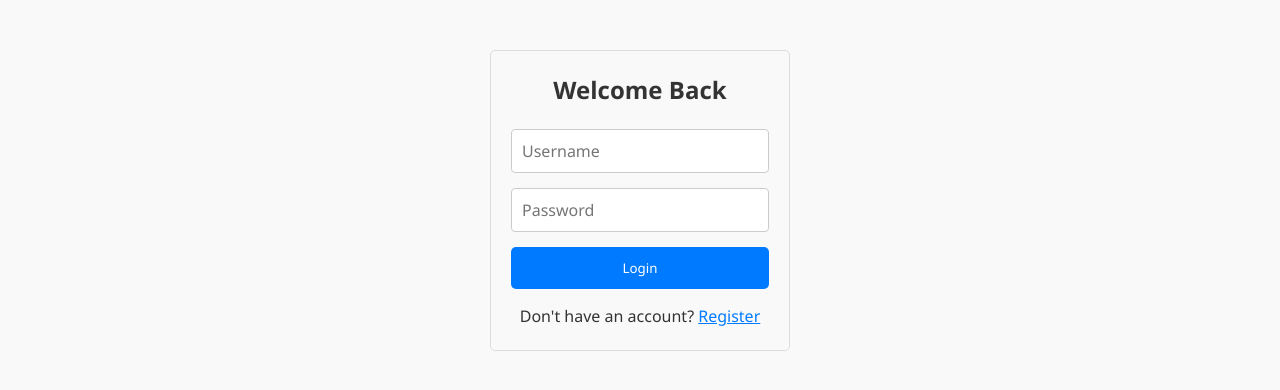
Repository: Ndegwa2/sacco
Page: http://localhost/login
An editor plug-in stored every save of this project. The page is shown before and after the next save, followed by the edit.
The browser window is 1280 px wide. The pictures show the whole page.
The page is served by the project's application, run on Flask 3 (run.py). Other server files are loaded and not shown.

Above is the page before, as saved 2025-06-10 22:54:10.

### Client/login.html
<!DOCTYPE html>
<html lang="en">
<head>
  <meta charset="UTF-8" />
  <meta name="viewport" content="width=device-width, initial-scale=1.0"/>
  <title>SACCO Members - NaiSmart Admin</title>
  <link rel="stylesheet" href="/styles.css">
</head>
<body>

  <div class="auth-container">
      <h2>Welcome Back</h2>
      <form method="POST" action="/login">
        <input type="text" name="username" placeholder="Username" required>
        <input type="password" name="password" placeholder="Password" required>
        <button type="submit">Login</button>
      </form>
      <p>Don't have an account? <a href="register.html">Register</a></p>
    </div>
</body>
</html>

### run.py
import sys
import os
sys.path.insert(0, os.path.abspath(os.path.join(os.path.dirname(__file__), 'server')))

sys.path.append(os.path.abspath(os.path.dirname(__file__)))

from flask import Flask, request, redirect, render_template, flash, url_for, send_from_directory
from flask_login import current_user
from flask_login import LoginManager, login_user, logout_user, login_required
from server.models.user import User
from config import db

app = Flask(__name__, static_folder="Client", static_url_path="/")
app.secret_key = 'your_secret_key'
from config import configure_app
configure_app(app)

login_manager = LoginManager()
login_manager.init_app(app)
@login_manager.user_loader
def load_user(user_id):
    return User.query.get(int(user_id))
login_manager.login_view = "login"

@app.route("/login", methods=["GET", "POST"])
def login():
    if request.method == "POST":
        username = request.form.get("username")
        password = request.form.get("password")

        user = User.query.filter_by(username=username).first()
        if user and user.check_password(password):
            login_user(user)
            flash("Login successful!", "success")

            # Redirect based on user role
            if user.role == 'admin':
                return redirect("/admin/admin.html")
            elif user.role == 'employee':
                return redirect("/dashboard_employee.html")
            else:  # default to passenger
                return redirect("/dashboard_passenger.html")

        flash("Invalid username or password", "error")
        return redirect("/login")

    return send_from_directory("Client", "login.html")

@app.route("/")
def index():
    return send_from_directory("Client", "index.html")

@app.route('/client/<path:filename>')
def serve_static_client(filename):
    return send_from_directory('Client', filename)

@app.route("/register", methods=["GET", "POST"])
def register():
    if request.method == "POST":
        username = request.form.get("username")
        email = request.form.get("email")
        password = request.form.get("password")
        role = request.form.get("role")

        if User.query.filter_by(username=username).first():
            flash("Username already taken. Please choose another.", "error")
            return redirect("/register")

        user = User(username=username, email=email, role=role)
        user.set_password(password)
        db.session.add(user)
        db.session.commit()
        flash("Registration successful. You can now log in.", "success")
        return redirect("/login")


    return send_from_directory("Client", "register.html")

@app.route("/dashboard_employee.html")
@login_required
def employee_dashboard():
    if current_user.role != 'employee':
        flash("Unauthorized access", "error")
        return redirect("/")
    return send_from_directory("Client", "dashboard_employee.html")

@app.route("/dashboard_passenger.html")
@login_required
def passenger_dashboard():
    if current_user.role != 'passenger':
        flash("Unauthorized access", "error")
        return redirect("/")
    return send_from_directory("Client", "dashboard_passenger.html")

@app.route('/booking', methods=['POST'])
def booking():
    if request.method == 'POST':
        print(f"Request method: {request.method}")
        print(f"Form data: {request.form}")
        route = request.form.get('route')
        pickup = request.form.get('pickup')
        dropoff = request.form.get('dropoff')
        date = request.form.get('date')
        time = request.form.get('time')
        name = request.form.get('name')
        contact = request.form.get('contact')

        # Process the booking data (e.g., store in a database)
        # For now, just print the data
        print(f"Booking Details:\nRoute: {route}\nPickup: {pickup}\nDropoff: {dropoff}\nDate: {date}\nTime: {time}\nName: {name}\nContact: {contact}")

        flash("Booking confirmed! You will receive a confirmation email shortly.", "success")
        return redirect(url_for('index'))  # Redirect to the home page after booking
    else:
        return redirect(url_for('Booking'))  # Redirect to the booking page if accessed without submitting the form

@app.route('/logout')
@login_required
def logout():
    logout_user()
    flash('Logged out successfully.')
    return redirect(url_for('login'))

if __name__ == "__main__":
    app.run(debug=True)

### Client/styles.css
/* General reset and font */
* {
  margin: 0;
  padding: 0;
  box-sizing: border-box;
  font-family: 'Segoe UI', Tahoma, Geneva, Verdana, sans-serif;
}

body {
  background-color: #f9f9f9;
  color: #333;
  line-height: 1.6;
}
.about-us {
  padding: 4rem 2rem;
  background-color: #ffffff;
  color: #333;
  text-align: center;
}

.about-container {
  max-width: 900px;
  margin: 0 auto;
}

.about-us h3 {
  font-size: 2rem;
  color: #004d40;
  margin-bottom: 1.5rem;
}

.about-us p {
  font-size: 1.1rem;
  line-height: 1.7;
  margin-bottom: 1rem;
}

/* Navbar */
header {
  background-color: #004d40;
  padding: 1rem 2rem;
  color: white;
}

nav {
  display: flex;
  justify-content: space-between;
  align-items: center;
}

nav .logo {
  font-size: 1.8rem;
  font-weight: bold;
}

nav ul {
  list-style: none;
  display: flex;
  gap: 1.5rem;
}

nav ul li a {
  color: white;
  text-decoration: none;
  font-weight: 500;
}

nav ul li a:hover {
  text-decoration: underline;
}

/* Hero section */
.hero {
  background: url('https://img.freepik.com/free-photo/male-bus-driver-portrait_23-2151582626.jpg?ga=GA1.1.1362746214.1749109585&semt=ais_items_boosted&w=740') no-repeat center center/cover;
  color: white;
  text-align: center;
  padding: 6rem 2rem;
}

.hero h2 {
  font-size: 2.5rem;
  margin-bottom: 1rem;
}

.hero p {
  font-size: 1.2rem;
  max-width: 600px;
  margin: 0 auto 2rem auto;
}

.btn {
  display: inline-block;
  background-color: #00bfa5;
  color: white;
  padding: 0.8rem 1.5rem;
  border-radius: 5px;
  text-decoration: none;
  font-weight: bold;
}

.btn:hover {
  background-color: #008e76;
}
/*logo styling*/
.logo img {
  height: 50px;
  object-fit: contain;
}
/*slogan bar*/
.slogan-bar {
  background-color: #00bfa5;
  color: white;
  text-align: center;
  padding: 1.2rem;
  font-size: 1.1rem;
  font-weight: 500;
  letter-spacing: 0.5px;
  box-shadow: 0 2px 5px rgba(0, 0, 0, 0.1);
}

/* Services Section */
.services {
  padding: 4rem 2rem;
  text-align: center;
  background-color: #fff;
}

.services h3 {
  font-size: 2rem;
  margin-bottom: 2rem;
  color: #004d40;
}

.service-grid {
  display: grid;
  grid-template-columns: repeat(auto-fit, minmax(250px, 1fr));
  gap: 2rem;
}

.service-grid div {
  background-color: #e0f2f1;
  padding: 2rem;
  border-radius: 10px;
  box-shadow: 0 2px 5px rgba(0,0,0,0.05);
}

.service-grid h4 {
  color: #00695c;
  margin-bottom: 0.8rem;
}

/* Footer */
footer {
  text-align: center;
  background-color: #004d40;
  color: white;
  padding: 1rem;
  margin-top: 2rem;
}
/* Admin Header */
.admin-header {
  background-color: #00695c;
  color: white;
  padding: 1rem 2rem;
  display: flex;
  justify-content: space-between;
  align-items: center;
  position: fixed;
  width: 100%;
  top: 0;
  left: 0;
  z-index: 1000;
}

/* Admin Profile */
.admin-profile span {
  margin-right: 1rem;
  font-weight: bold;
}

/* Sidebar Navigation */
.admin-sidebar {
  background-color: #00695c;
  padding-top: 60px;
  height: 100vh;
  width: 200px;
  position: fixed;
  top: 0;
  left: 0;
  overflow-y: auto;
}

.admin-sidebar ul {
  list-style: none;
  padding: 0;
  margin: 0;
}

.admin-sidebar ul li a {
  display: block;
  padding: 1rem;
  color: white;
  text-decoration: none;
  transition: background-color 0.3s;
}

.admin-sidebar ul li a:hover,
.admin-sidebar ul li a.active {
  background-color: #004d40;
  font-weight: bold;
}

/* Main Content */
.admin-main {
  margin-left: 220px;
  margin-top: 80px;
  padding: 2rem;
  background-color: #f9f9f9;
  min-height: 100vh;
}

/* Section Styling */
.admin-section {
  background: #fff;
  padding: 2rem;
  border-radius: 10px;
  box-shadow: 0 0 10px rgba(0,0,0,0.05);
}

/* Add Button */
.add-btn {
  background-color: #00bfa5;
  color: white;
  padding: 0.6rem 1.2rem;
  border: none;
  border-radius: 6px;
  cursor: pointer;
  margin-bottom: 1rem;
}

/* Form Styling */
form#addFleetForm {
  background: #f1f8f6;
  padding: 1.5rem;
  border-radius: 8px;
  margin-bottom: 2rem;
  display: flex;
  flex-direction: column;
  gap: 1rem;
}

form input,
form select {
  padding: 0.7rem;
  border: 1px solid #ccc;
  border-radius: 4px;
  font-size: 1rem;
}

/* Table Styling */
.route-table {
  width: 100%;
  border-collapse: collapse;
  background-color: white;
  border-radius: 10px;
  overflow: hidden;
}

.route-table th,
.route-table td {
  padding: 1rem;
  text-align: left;
  border-bottom: 1px solid #ddd;
}

.route-table th {
  background-color: #004d40;
  color: white;
}

/* Status Badges */
.badge.active {
  background-color: #00bfa5;
  color: white;
  padding: 0.3rem 0.7rem;
  border-radius: 20px;
}

.badge.inactive {
  background-color: #ef5350;
  color: white;
  padding: 0.3rem 0.7rem;
  border-radius: 20px;
}

/* Action Buttons */
.edit-btn, .delete-btn {
  padding: 0.4rem 0.8rem;
  border: none;
  border-radius: 5px;
  cursor: pointer;
  margin-right: 0.5rem;
}

.edit-btn {
  background-color: #42a5f5;
  color: white;
}
/* Sacco Members Sidebar */
.sacco-members-sidebar {
  width: 200px;
  background-color: #004d40;
  color: white;
  padding: 1rem;
}

.sacco-members-sidebar ul {
  list-style: none;
  padding: 0;
}

.sacco-members-sidebar li {
  margin-bottom: 0.5rem;
}

.sacco-members-sidebar a {
  color: white;
  text-decoration: none;
}

.delete-btn {
  background-color: #ef5350;
  color: white;
}

/* Routes Section Styling */
.routes-section {
  padding: 2rem;
  text-align: center;
}

.routes-section h2 {
  font-size: 2rem;
  margin-bottom: 1.5rem;
  color: #004d40;
}

.route-cards {
  display: grid;
  grid-template-columns: repeat(auto-fit, minmax(300px, 1fr));
  gap: 2rem;
}

.route-card {
  background-color: #e0f2f1;
  padding: 1.5rem;
  border-radius: 10px;
  box-shadow: 0 2px 5px rgba(0,0,0,0.1);
}

.route-card h3 {
  color: #00695c;
  margin-bottom: 0.5rem;
}

.route-card p {
  font-size: 1rem;
}

/* Booking Section Styling */
.booking-section {
  padding: 2rem;
  text-align: center;
}

.booking-box {
  width: 500px;
  margin: 0 auto;
  background-color: #f9f9f9;
  padding: 2rem;
  border-radius: 10px;
  box-shadow: 0 2px 5px rgba(0,0,0,0.1);
}

.booking-box h2 {
  font-size: 2rem;
  margin-bottom: 1.5rem;
  color: #004d40;
}

.booking-box label {
  display: block;
  margin-bottom: 0.5rem;
  font-weight: bold;
  color: #333;
}

.booking-box input[type="text"],
.booking-box input[type="date"],
.booking-box input[type="time"],
.booking-box select {
  width: 100%;
  padding: 0.7rem;
  margin-bottom: 1rem;
  border: 1px solid #ccc;
  border-radius: 4px;
  box-sizing: border-box;
}

.booking-box .btn {
  display: block;
  width: 100%;
  padding: 0.8rem 1.5rem;
  background-color: #00bfa5;
  color: white;
  border: none;
  border-radius: 5px;
  cursor: pointer;
  font-weight: bold;
}

.booking-box .btn:hover {
  background-color: #008e76;
}

/* Auth container styling */
.auth-container {
  width: 300px;
  margin: 50px auto;
  padding: 20px;
  background-color: #f9f9f9;
  border: 1px solid #ddd;
  border-radius: 5px;
  text-align: center;
}

.auth-container h2 {
  margin-bottom: 20px;
  color: #333;
}

.auth-container input {
  width: 100%;
  padding: 10px;
  margin-bottom: 15px;
  border: 1px solid #ccc;
  border-radius: 4px;
  box-sizing: border-box;
}

.auth-container button {
  background-color: #007bff;
  color: white;
  padding: 12px 20px;
  border: none;
  border-radius: 5px;
  cursor: pointer;
  width: 100%;
}

.auth-container button:hover {
  background-color: #0056b3;
}

.auth-container p {
  margin-top: 15px;
}

.auth-container a {
  color: #007bff;
}
.flashes {
  list-style: none;
  padding: 0;
  margin-bottom: 1rem;
}

.flash {
  padding: 0.75rem 1rem;
  border-radius: 5px;
  margin-bottom: 10px;
  color: #fff;
}

.flash.success {
  background-color: #4CAF50;
}

.flash.error {
  background-color: #F44336;
}
.dashboard-container {
  max-width: 600px;
  margin: 3rem auto;
  background: #f0fdfc;
  padding: 2rem;
  border-radius: 8px;
  box-shadow: 0 0 10px rgba(0, 105, 92, 0.2);
  text-align: center;
}

.dashboard-actions {
  margin-top: 1.5rem;
  display: flex;
  flex-direction: column;
  gap: 1rem;
}

.dashboard-btn {
  background-color: #00bfa5;
  color: white;
  text-decoration: none;
  padding: 0.8rem;
  border-radius: 6px;
  font-weight: bold;
  transition: background-color 0.3s;
}

.dashboard-btn:hover {
  background-color: #009688;
}

.logout-link {
  display: inline-block;
  margin-top: 2rem;
  text-decoration: none;
  color: #ef5350;
  font-weight: bold;
}

After the next save:
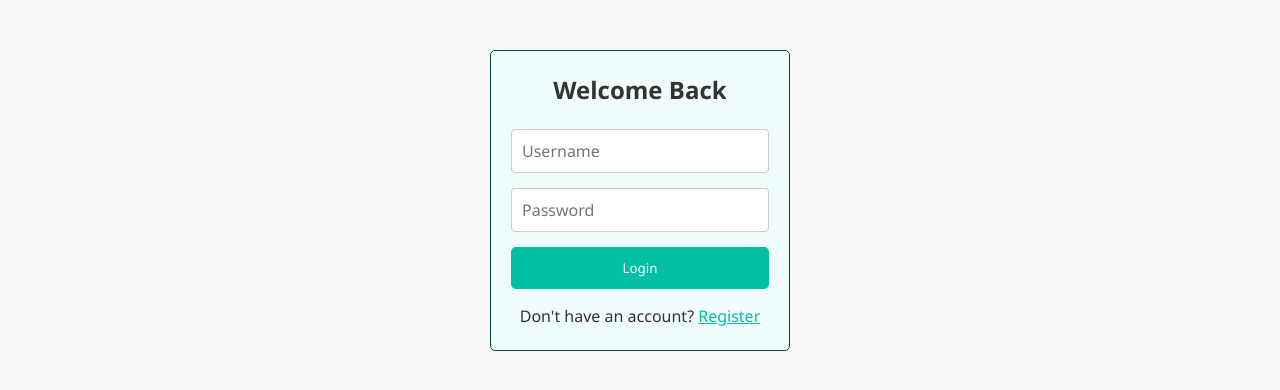
Saved 42 s later.
--- a/Client/styles.css
+++ b/Client/styles.css
@@ -428,8 +428,8 @@ form select {
   width: 300px;
   margin: 50px auto;
   padding: 20px;
-  background-color: #f9f9f9;
-  border: 1px solid #ddd;
+  background-color: #f0fdfc; /* Light teal */
+  border: 1px solid #004d40; /* Dark teal */
   border-radius: 5px;
   text-align: center;
 }
@@ -449,7 +449,7 @@ form select {
 }
 
 .auth-container button {
-  background-color: #007bff;
+  background-color: #00bfa5; /* Teal */
   color: white;
   padding: 12px 20px;
   border: none;
@@ -459,7 +459,7 @@ form select {
 }
 
 .auth-container button:hover {
-  background-color: #0056b3;
+  background-color: #008e76; /* Darker teal */
 }
 
 .auth-container p {
@@ -467,7 +467,7 @@ form select {
 }
 
 .auth-container a {
-  color: #007bff;
+  color: #00bfa5; /* Teal */
 }
 .flashes {
   list-style: none;
